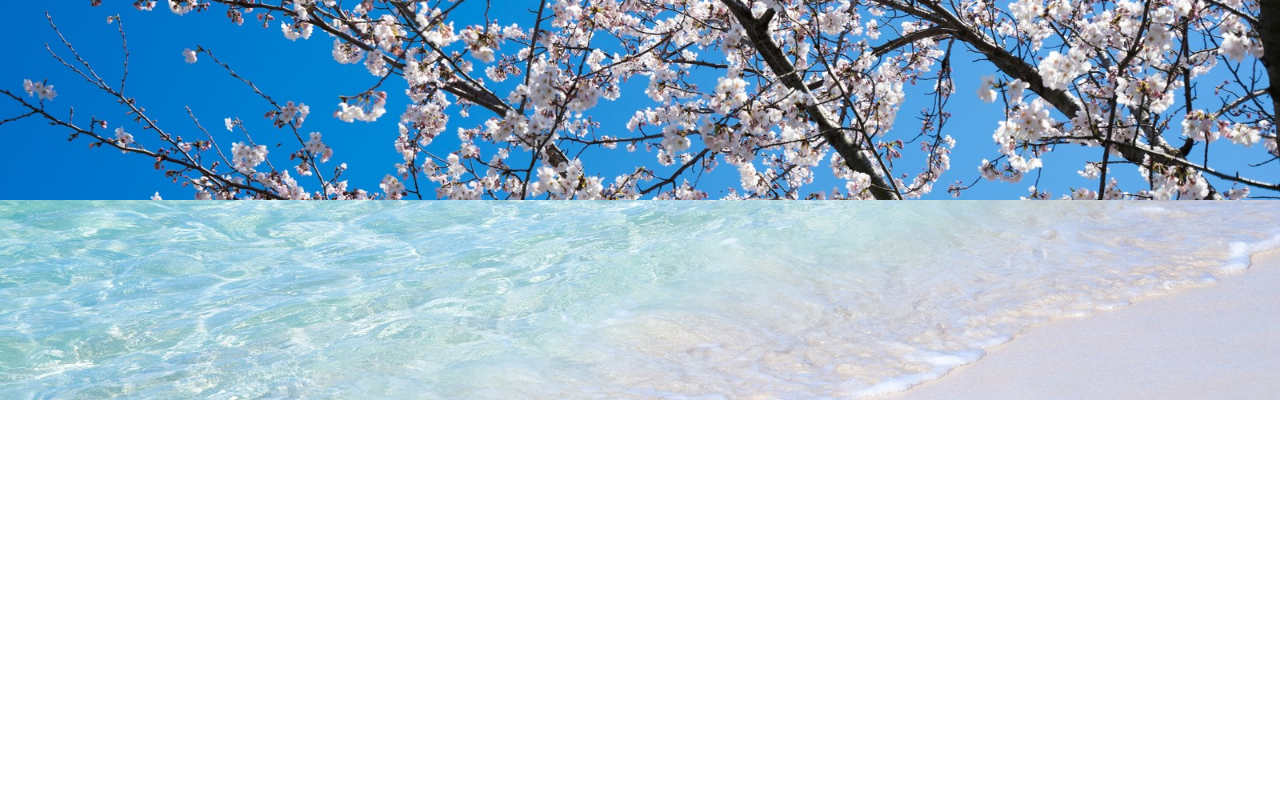
Repository: rascalNoShippo/git-practice
Page: chapter6_exercise/index.html
The author's editor kept a record of every edit. The page is drawn from the files as they stood at one moment, then again after the next edit.
The browser window is 1280 px wide. The pictures show the whole page.

Above is the page before.

### chapter6_exercise/index.html
<!DOCTYPE html>
<html>
  <head>
    <meta charset="utf-8">
    <title>chapter6_exercise</title>
    <link rel="stylesheet" href="style.css" type="text/css" >
  </head>
  <body>
    <div class="bgimg no1"></div>
    <div class="bgimg no2"></div>
    <div class="bgimg no3"></div>
    <div class="bgimg no4"></div>
  </body>
</html>

### chapter6_exercise/style.css
*{
  margin: 0;
  padding: 0;
  box-sizing: border-box;
}

.bgimg{
  height: 200px;
  width: 100%;
  background-size: cover;
  background-position: center;
}

.bgimg.no1{
  background-image: url("image/box1.jpg");
}

.bgimg.no2{
  background-image: url("image/box2.jpg");
}

.gbimg.no3{
  background-image: url("image/box3.jpg");
}

.gbimg.no4{
  background-image: url("image/box4.jpg");
}

After the next edit:
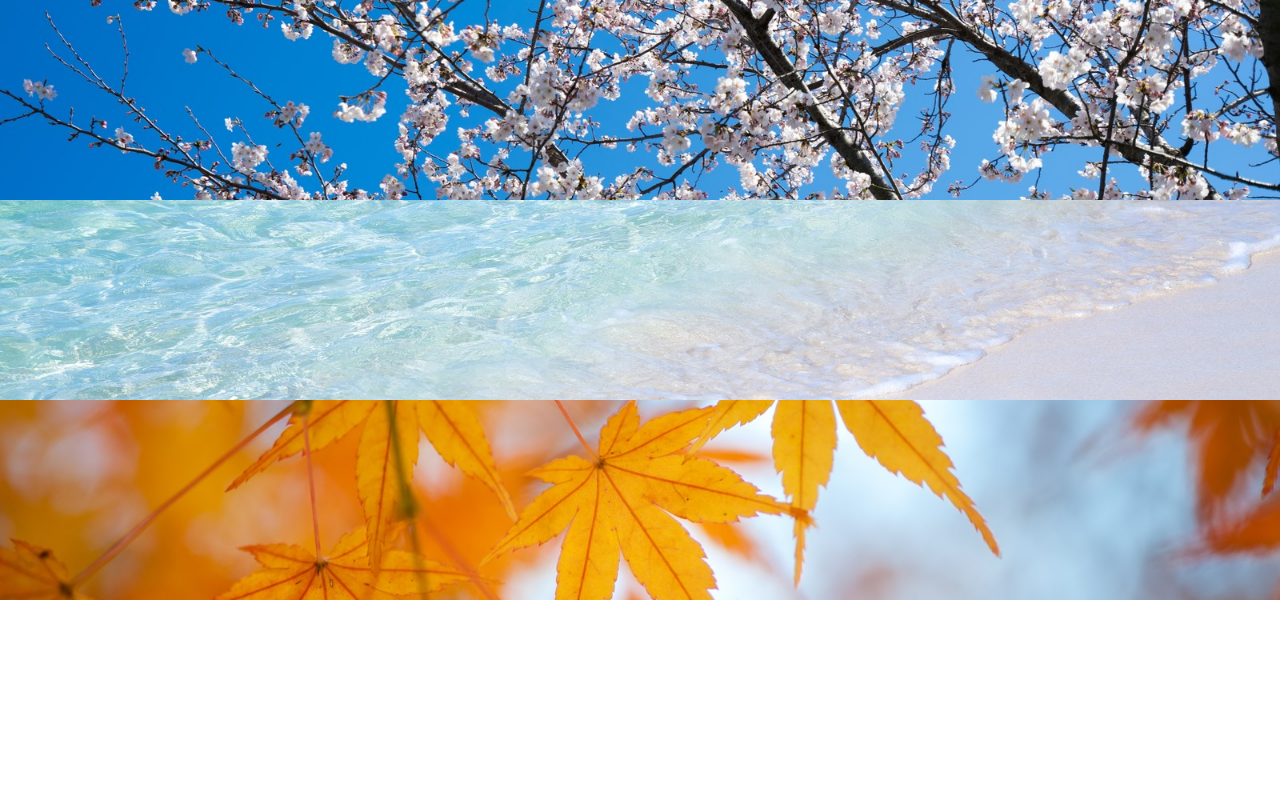
The edit:
--- a/chapter6_exercise/style.css
+++ b/chapter6_exercise/style.css
@@ -19,7 +19,7 @@
   background-image: url("image/box2.jpg");
 }
 
-.gbimg.no3{
+.bgimg.no3{
   background-image: url("image/box3.jpg");
 }
 
